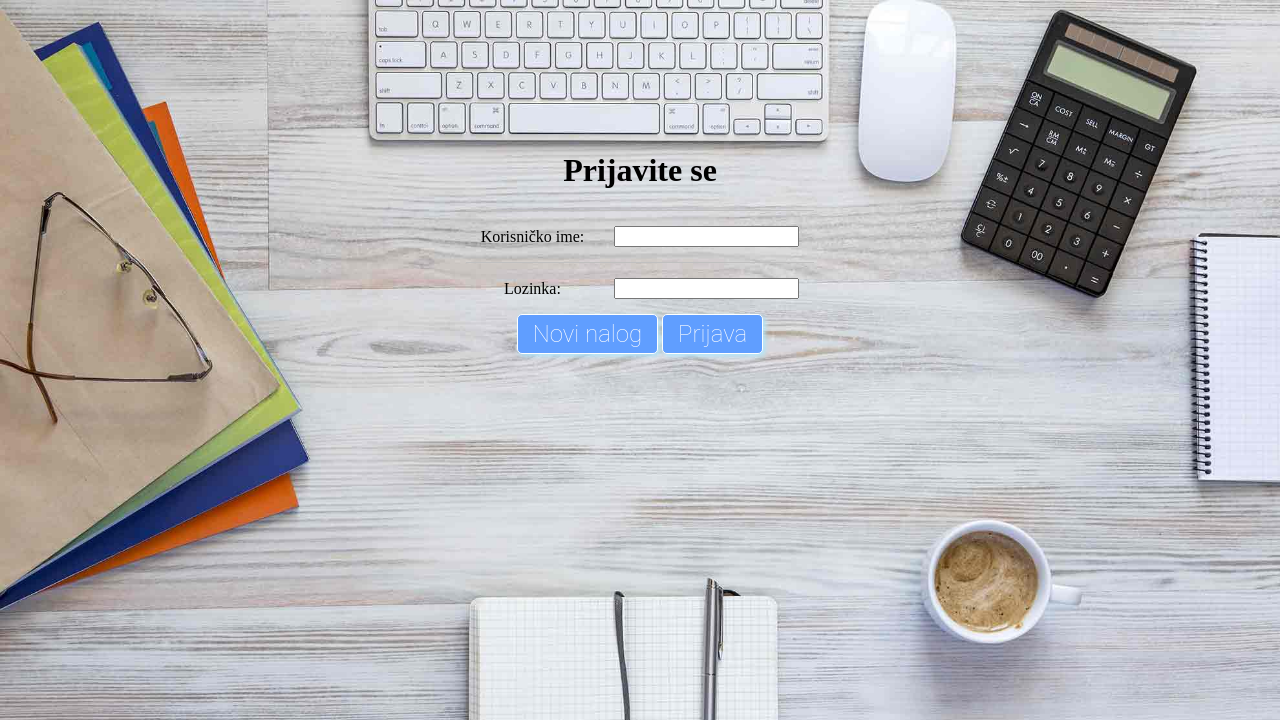
Repository: KristijanPetkovic/java-applet-video-library
Page: http://localhost/www.videoteka.com/
These files come from the project's save history. The page is drawn as it stood at one moment and after the next save; the edit follows.
The browser window is 1280 px wide. The pictures show the whole page.
The page is served by Tomcat 9.

Above is the page before, as saved 2019-01-09 21:17:04.

After the next save:
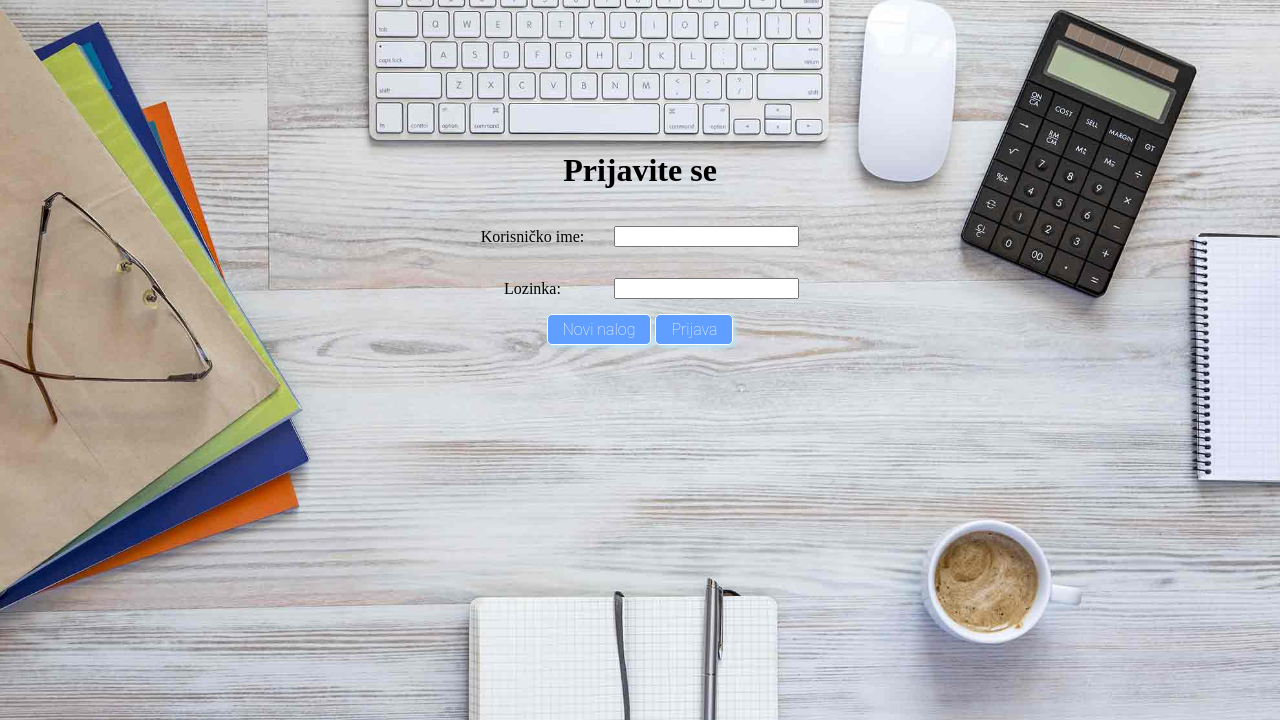
Saved 19 s later.
--- a/Projekti/www.videoteka.com/WebContent/logovanje.css
+++ b/Projekti/www.videoteka.com/WebContent/logovanje.css
@@ -54,7 +54,7 @@ input:focus{
   cursor: pointer;
   color: #fff;
   background-color: rgb(96, 158, 255);
-  font-size: 1.5rem;
+  font-size: 1rem;
   font-family: 'Roboto';
   font-weight: 100;
   border: 1px solid #fff;
